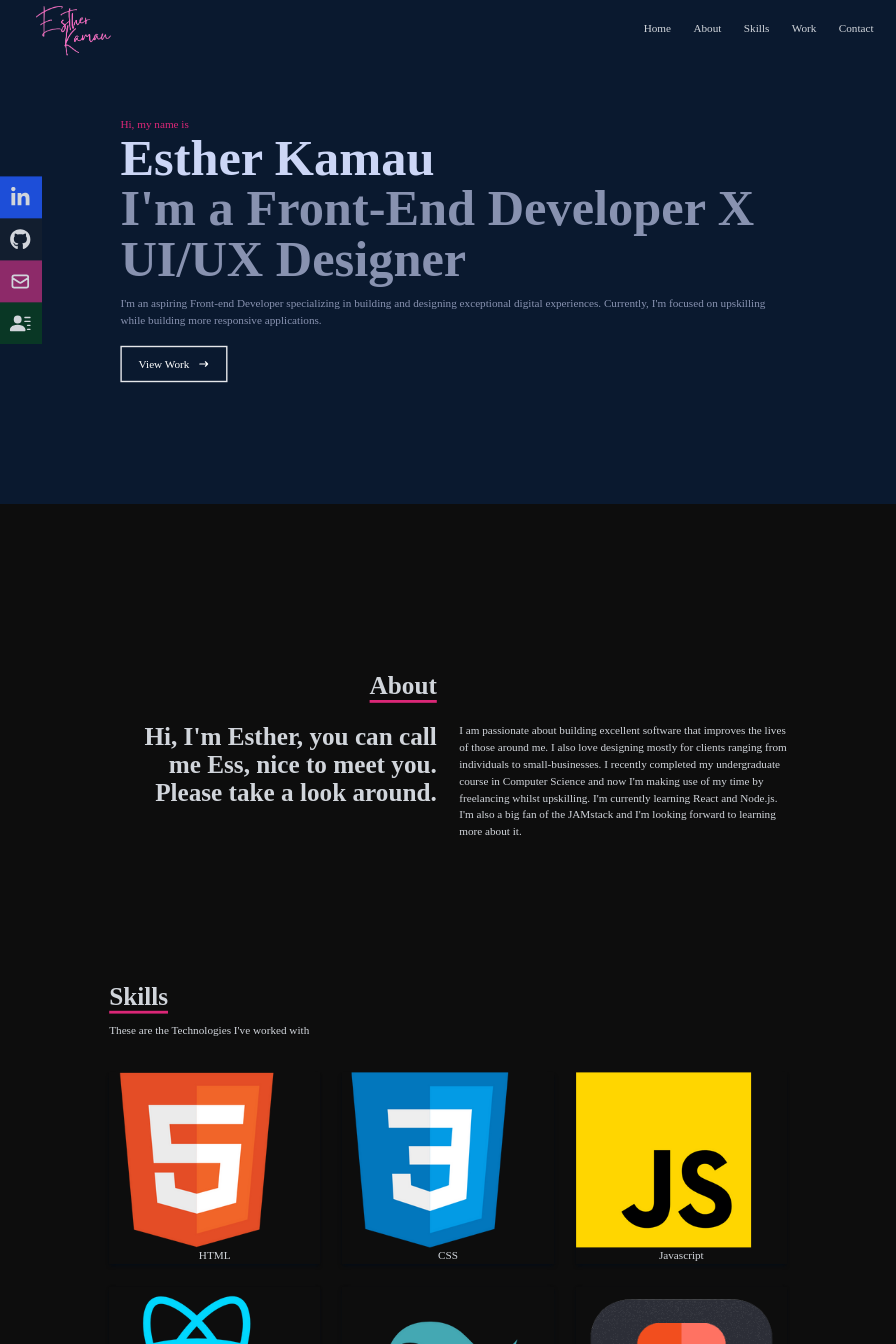
Repository: Esther-Kamau/Z-to-M
Page: /
These files come from the project's save history. The page is drawn as it stood at one moment and after the next save; the edit follows.
The browser window is 1280 px wide. The pictures show the part of the page from y = 0 to 1920 px (the page is 3610 px tall), at 70% of full size.
The project was rebuilt for these pictures with package versions that can differ from the ones it lists, and the page was loaded fresh each time.

Above is the page before, as saved 2023-03-09 16:06:00.

### public/index.html
<!DOCTYPE html>
<html lang="en">
  <head>
    <meta charset="utf-8" />
    <link rel="icon" href="./ESSLOGO.png" />
    <meta name="viewport" content="width=device-width, initial-scale=1" />
    <meta name="theme-color" content="#000000" />
    <meta
      name="description"
      content="Ess Kamau"
    />
    <link rel="apple-touch-icon" href="./ESSLOGO.png" />


    <link rel="manifest" href="./ESSLOGO.png" />

    <title>Esther Kamau</title>
  </head>
  <body>
    <!-- <noscript>You need to enable JavaScript to run this app.</noscript> -->
    <div id="root"></div>
   </body>
</html>

### src/index.css

@tailwind base;
@tailwind components;
@tailwind utilities;

@import url('https://fonts.googleapis.com/css2?family=Raleway:wght@300;400;500;600;700;800;900&display=swap');

@layer base {
    body {
        @apply font-[Raleway];
    }
    li {
        @apply px-4;
        @apply cursor-pointer
    }
}
.content-div{
    background-repeat: no-repeat;
    background-size: cover;
    background-position: center;
    height: 250px;
}

.content-div:hover{
    background-image: linear-gradient(
        to right, rgba(112, 157, 255, 0.8),
        hsla(242, 74%, 61%, 0.8)
    )!important;
}

### src/App.js
import Navbar from "./components/Navbar";
import Hero from "./components/Hero"
import About from "./components/About"
import Skills from "./components/Skills"
import Work from "./components/Work";
import Contact from "./components/Contact";

function App() {
  return (
    <div className="App">
  <Navbar/>
  <Hero/>
  <About />
  <Skills />
  <Work />
  <Contact />
    </div>
  );
}

export default App;

### src/components/Navbar.jsx
import React, {useState} from 'react';
import {FaBars, FaTimes,FaGithub,FaLinkedin, FaFacebook, FaLinkedinIn} from 'react-icons/fa'
import {HiOutlineMail} from 'react-icons/hi'
import {BsFillPersonLinesFill} from 'react-icons/bs'
import Logo from '../assests/logo.png'
import {Link} from 'react-scroll'

const Navbar = () => {
    const [nav, SetNav] = useState(false)
    const handleClick = () => SetNav(!nav)
  return (
    <div className='fixed w-full h-[80px] flex justify-between items-center px-4 bg-[#0a192f] text-gray-300'>
<div>
    <img src={Logo} alt='logo image' style={{width: '180px'}} />
</div>

{/*Menus*/}

    <ul className='hidden md:flex'>
        <li> <Link  to="hero" smooth={true}  duration={500} >
          Home
        </Link></li>
        <li> <Link  to="about" smooth={true}  duration={500} >
          About
        </Link></li>
        <li> <Link  to="skills" smooth={true}  duration={500} >
          Skills
        </Link></li>
        <li> <Link  to="work" smooth={true}  duration={500} >
          Work
        </Link></li>
        <li> <Link  to="contact" smooth={true}  duration={500} >
          Contact
        </Link></li>
</ul>

{/*Hamburger*/}
<div onClick={handleClick} className='md:hidden z-10'>
 { !nav ? <FaBars className='text-3xl' /> : <FaTimes className='text-3xl' />}
</div>

{/*Mobile Menus*/}
<ul className={!nav ? 'hidden' : 'absolute top-0 left-0 w-full h-screen bg-[#0a192f] flex flex-col justify-center items-center'}>
        <li  className='py-6 text-4xl'> <li> <Link onClick={handleClick} to="hero" smooth={true}  duration={500} >
          Home
        </Link></li></li>
        <li className='py-6 text-4xl'> <li> <Link onClick={handleClick}  to="about" smooth={true}  duration={500} >
          About
        </Link></li></li>
        <li className='py-6 text-4xl'><li> <Link onClick={handleClick} to="skills" smooth={true}  duration={500} >
          Skills
        </Link></li></li>
        <li className='py-6 text-4xl'><li> <Link onClick={handleClick} to="work" smooth={true}  duration={500} >
          Work
        </Link></li></li>
        <li className='py-6 text-4xl'> <li> <Link onClick={handleClick} to="contact" smooth={true}  duration={500} >
          Contact
        </Link></li></li>
</ul>
{/*Social Links*/}
<div className='hidden lg:flex fixed flex-col top-[35%] left-0'>
<ul>
    <li className='w-[160px] h-[60px] flex justify-between items-center ml-[-100px] hover:ml-[-10px] duration-300 bg-blue-700 '>
        <a className='flex justify-between items-center w-full text-gray-300' href='/'>
            LinkedIn <FaLinkedinIn size={30}/>
            </a>
    </li>
    <li className='w-[160px] h-[60px] flex justify-between items-center ml-[-100px] hover:ml-[-10px] duration-300 bg-[#3333] '>
        <a className='flex justify-between items-center w-full text-gray-300' href='/'>
          Github <FaGithub size={30}/>
            </a>
    </li>
    <li className='w-[160px] h-[60px] flex justify-between items-center ml-[-100px] hover:ml-[-10px] duration-300 bg-[#8d2a69] '>
        <a className='flex justify-between items-center w-full text-gray-300' href='/'>
           Email <HiOutlineMail size={30}/>
            </a>
    </li>
    <li className='w-[160px] h-[60px] flex justify-between items-center ml-[-100px] hover:ml-[-10px] duration-300 bg-[rgba(6,175,3,0.2)] '>
        <a className='flex justify-between items-center w-full text-gray-300' href='/'>
           Resume <BsFillPersonLinesFill size={30}/>
            </a>
    </li>
</ul>
</div>

</div>

  )
}

export default Navbar

### src/components/Hero.jsx
import React from 'react'
import {HiArrowNarrowRight} from 'react-icons/hi'

const Hero = () => {
  return (
    <div name='hero' className='w-full h-screen bg-[#0a192f]'>

        {/*Container*/}
        <div className='max-w-[1000px] mx-auto px-8 flex flex-col justify-center h-full'>
            <p className='text-pink-600'>Hi, my name is </p>
            <h1 className='text-4xl sm:text-7xl font-bold text-[#ccd6f6]'>Esther Kamau</h1>
            <h2 className='text-5xl sm:text-7xl font-bold text-[#8892b0]'>I'm a Front-End Developer X UI/UX Designer</h2>
            <p className='text-[#8892b0] py-4 max-w[700px]'>I'm an aspiring Front-end Developer specializing in building and designing exceptional
                digital experiences. Currently, I'm focused on upskilling while building more responsive applications.
            </p>
            <div>
                <button className='text-white group border-2 px-6 py-3 my-2 flex items-center hover:bg-pink-600 hover:border-pink-600'>View Work
                <span className = 'group-hover:rotate-90 duration-300'>
                <HiArrowNarrowRight className='ml-3'/>
                </span>
                </button>
            </div>
        </div>
    </div>
  )
}

export default Hero

### src/components/About.jsx
import React from 'react'

const About = () => {
  return (

    <div name='about' className='w-full h-screen bg-[#0D0D0D] text-gray-300'>
    <div className='flex flex-col justify-center items-center w-full h-full'>
      <div className='max-w-[1000px] w-full grid grid-cols-2 gap-8'>
        <div className='sm:text-right pb-8 pl-4'>
          <p className='text-4xl font-bold inline border-b-4 border-pink-600'>
            About
          </p>
        </div>
        <div></div>
        </div>
        <div className='max-w-[1000px] w-full grid sm:grid-cols-2 gap-8 px-4'>
          <div className='sm:text-right text-4xl font-bold'>
            <p>Hi, I'm Esther, you can call me Ess, nice to meet you. Please take a look around.</p>
          </div>
          <div>
            <p>I am passionate about building excellent software that improves the lives of those around me.
             I also love designing mostly for clients ranging from individuals to small-businesses.
             I recently completed my undergraduate course in Computer Science and now I'm making use of my time by freelancing
            whilst upskilling. I'm currently learning React and Node.js. I'm also a big fan of the JAMstack and I'm looking forward to
            learning more about it.</p>
          </div>
        </div>
    </div>
  </div>


  )
}

export default About

### src/components/Skills.jsx
import React from 'react';

import HTML from '../assests/html.png';
import CSS from '../assests/css.png';
import Javascript from '../assests/javascript.png';
import Tailwind from '../assests/tailwind.png';
import Figma from '../assests/figma.png';
// import SQL from '../assests/sql.png';
import REACT from '../assests/react.png';




const Skills = () => {
  return (
    <div name='skills' className='w-full h-screen bg-[#0D0D0D]  text-gray-300'>
       {/*Container*/}
       <div className='max-w-[1000px] mx-auto p-4 flex flex-col justify-center w-full h-full'>
        <div>
            <p className='text-4xl font-bold inline border-b-4 border-pink-600'>Skills</p>
            <p className='py-4'>These are the Technologies I've worked with</p>
        </div>
        <div className='w-full grid grid-cols-2 sm:grid-cols-3 gap-8 text-center py-8'>
        <div className='shadow-md shadow-[#040c16] hover:scale-110 duration:500'>
            <img src={HTML} alt="HTML icon" />
            <p>HTML</p>
        </div>
        <div className='shadow-md shadow-[#040c16] hover:scale-110 duration:500'>
            <img src={CSS} alt="CSS icon" />
            <p>CSS</p>
        </div>
        <div className='shadow-md shadow-[#040c16] hover:scale-110 duration:500'>
            <img src={Javascript} alt="JS icon" />
            <p>Javascript</p>
        </div>
        <div className='shadow-md shadow-[#040c16] hover:scale-110 duration:500'>
            <img src={REACT} alt="React icon" />
            <p>REACT</p>
        </div>
        <div className='shadow-md shadow-[#040c16] hover:scale-110 duration:500'>
            <img src={Tailwind} alt="Tailwind icon" />
            <p>Tailwind</p>
        </div>
        <div className='shadow-md shadow-[#040c16] hover:scale-110 duration:500'>
            <img src={Figma} alt="Figma icon" />
            <p>Figma</p>
        </div>
        {/* <div className='shadow-md shadow-[#040c16] hover:scale-110 duration:500'>
            <img src={SQL} alt="SQL icon" />
            <p>SQL</p>
        </div> */}

        </div>
        </div>
       </div>



  )
}

export default Skills

### src/components/Work.jsx
import React from "react";
import WorkImg from "../assests/projects/workImg.jpeg";
import realestate from "../assests/projects/realestit.jpg";

const Work = () => {
  return (
    <div name="work" className="w-full md:h-screen text-gray-300 bg-[#0D0D0D]">
      <div className="max-w-[1000px] mx-auto p-4 flex flex-col justify-center w-full h-full">
        <div className="pb-8">
          <p className="text-4xl font-bold inline border-b-4 border-pink-600">
            Work
          </p>
          <p className="py-8">These are some of my projects</p>
        </div>
        {/*Container for the work done*/}
        <div className="grid sm:grid-cols-2 md:grid-cols-3 gap-4">
          {/*grid card item*/}
          {/* passing through our image dynamically */}
          <div
            style={{ backgroundImage: `url(${WorkImg})` }}
            className="shadow-lg shadow-[040c16] group container rounded-md flex justify-center items-center mx-auto content-div"
          >
            {/*Hover Effects*/}
            <div className="opacity-0 group-hover:opacity-100">
              <span className="text-2xl font-bold text-white tracking-wider">
                Php Application
              </span>
              <div className="py-8 text-center">
                <a href="https://nyamburaproject.top/index.php">
                  <button className="text-center rounded-lg px-4 py-3 m-2 bg-purple-300 hover:bg-white font-bold text-lg">
                    Demo
                  </button>
                </a>
                <a href="https://github.com/Esther-Kamau/realest-it.git">
                  <button className="text-center rounded-lg px-4 py-3 m-2 bg-purple-300 hover:bg-white font-bold text-lg">
                    Code
                  </button>
                </a>
              </div>
            </div>
          </div>
          {/*grid item*/}

          {/*grid card item*/}
          {/* passing through our image dynamically */}
          <div
            style={{ backgroundImage: `url(${realestate})` }}
            className="shadow-lg shadow-[040c16] group container rounded-md flex justify-center items-center mx-auto content-div"
          >
            {/*Hover Effects*/}
            <div className="opacity-0 group-hover:opacity-100">
              <span className="text-2xl font-bold text-white tracking-wider">
                PHP x Bootstrap Application
              </span>
              <div className="py-8 text-center">
                <a href="/">
                  <button className="text-center rounded-lg px-4 py-3 m-2 bg-purple-300  hover:bg-white font-bold text-lg">
                    Demo
                  </button>
                </a>
                <a href="/">
                  <button className="text-center rounded-lg px-4 py-3 m-2 bg-purple-300  hover:bg-white font-bold text-lg">
                    Code
                  </button>
                </a>
              </div>
            </div>
          </div>
          {/*grid item*/}
          {/*grid card item*/}
          {/* passing through our image dynamically */}
          {/* <div style={{backgroundImage: `url(${WorkImg})`}} className='shadow-lg shadow-[040c16] group container rounded-md flex justify-center items-center mx-auto content-div'>

            <div className='opacity-0 group-hover:opacity-100'>
                       <span className='text-2xl font-bold text-white tracking-wider'>
                      React-JS Application
                       </span>
                        <div className='py-8 text-center' >
                            <a href="/">
                               <button className='text-center rounded-lg px-4 py-3 m-2 bg-purple-300 hover:bg-white font-bold text-lg'>Demo</button>
                            </a>
                            <a href="/">
                               <button className='text-center rounded-lg px-4 py-3 m-2 bg-purple-300  hover:bg-white font-bold text-lg'>Code</button>
                            </a>
                        </div>

                 </div>
        </div> */}
          {/*grid item*/}

          {/*grid card item*/}
          {/* passing through our image dynamically */}
          {/* <div style={{backgroundImage: `url(${realestate})`}} className='shadow-lg shadow-[040c16] group container rounded-md flex justify-center items-center mx-auto content-div'> */}
          {/*Hover Effects*/}
          {/* <div className='opacity-0 group-hover:opacity-100'>
                       <span className='text-2xl font-bold text-white tracking-wider'>
                      PHP x Bootstrap Application
                       </span>
                        <div className='py-8 text-center' >
                            <a href="/">
                               <button className='text-center rounded-lg px-4 py-3 m-2 bg-purple-300  hover:bg-white font-bold text-lg'>Demo</button>
                            </a>
                            <a href="/">
                               <button className='text-center rounded-lg px-4 py-3 m-2 bg-purple-300  hover:bg-white font-bold text-lg'>Code</button>
                            </a>
                        </div>

                 </div>
        </div> */}
          {/*grid item*/}

          {/*grid card item*/}
          {/* passing through our image dynamically */}
          {/* <div style={{backgroundImage: `url(${WorkImg})`}} className='shadow-lg shadow-[040c16] group container rounded-md flex justify-center items-center mx-auto content-div'> */}
          {/*Hover Effects*/}
          {/* <div className='opacity-0 group-hover:opacity-100'>
                       <span className='text-2xl font-bold text-white tracking-wider'>
                      React-JS Application
                       </span>
                        <div className='py-8 text-center' >
                            <a href="/">
                               <button className='text-center rounded-lg px-4 py-3 m-2 bg-purple-300 hover:bg-white font-bold text-lg'>Demo</button>
                            </a>
                            <a href="/">
                               <button className='text-center rounded-lg px-4 py-3 m-2 bg-purple-300  hover:bg-white font-bold text-lg'>Code</button>
                            </a>
                        </div>

                 </div>
        </div> */}
          {/*grid item*/}

          {/*grid card item*/}
          {/* passing through our image dynamically */}
          <div
            style={{ backgroundImage: `url(${realestate})` }}
            className="shadow-lg shadow-[040c16] group container rounded-md flex justify-center items-center mx-auto content-div"
          >
            {/*Hover Effects*/}
            <div className="opacity-0 group-hover:opacity-100">
              <span className="text-2xl font-bold text-white tracking-wider">
                PHP x Bootstrap Application
              </span>
              <div className="py-8 text-center">
                <a href="/">
                  <button className="text-center rounded-lg px-4 py-3 m-2 bg-purple-300 hover:bg-white font-bold text-lg">
                    Demo
                  </button>
                </a>
                <a href="/">
                  <button className="text-center rounded-lg px-4 py-3 m-2 bg-purple-300  hover:bg-white font-bold text-lg">
                    Code
                  </button>
                </a>
              </div>
            </div>
          </div>
          {/*grid item*/}
        </div>
      </div>
    </div>
  );
};

export default Work;

### src/components/Contact.jsx
import React from 'react'


const Contact = () => {
  return (
    <div name='contact' className='w-full h-screen bg-[#0a192f] flex justify-center items-center p-4'>
<form method="POST" action="https://getform.io/f/44ef1251-56b2-47ca-a43b-9c3faddf1d63" className='flex flex-col max-w-[600px] w-full'>
    <div className='pb-8'>
        <h1 className='text-4xl font-bold inline border-b-4 border-pink-600 text-gray-400'>Contact</h1>
        <p className='text-gray-300 py-4'>Lets Talk! Shoot me an email at kamauestherofficial@gmail.com</p>
        </div>

        <input className=' my-4 p-4 bg-white rounded-lg' type="text" placeholder='Name' name='name' />
        <input className='my-4 p-4 bg-white rounded-lg' type="text" placeholder='Email' name='email' />
        <textarea className='my-6 p-4 bg-white rounded-lg' name="message" id="" cols="10" rows="10" placeholder='Message'></textarea>

        <button className='text-white border-2 hover:bg-pink-600 px-4 py-3 my-8 mx-auto flex items-center'>Let's Collaborate</button>
</form>
</div>
  )
}

export default Contact

Loaded but not shown: src/index.js (common file); tailwind.config.js (common file)

After the next save:
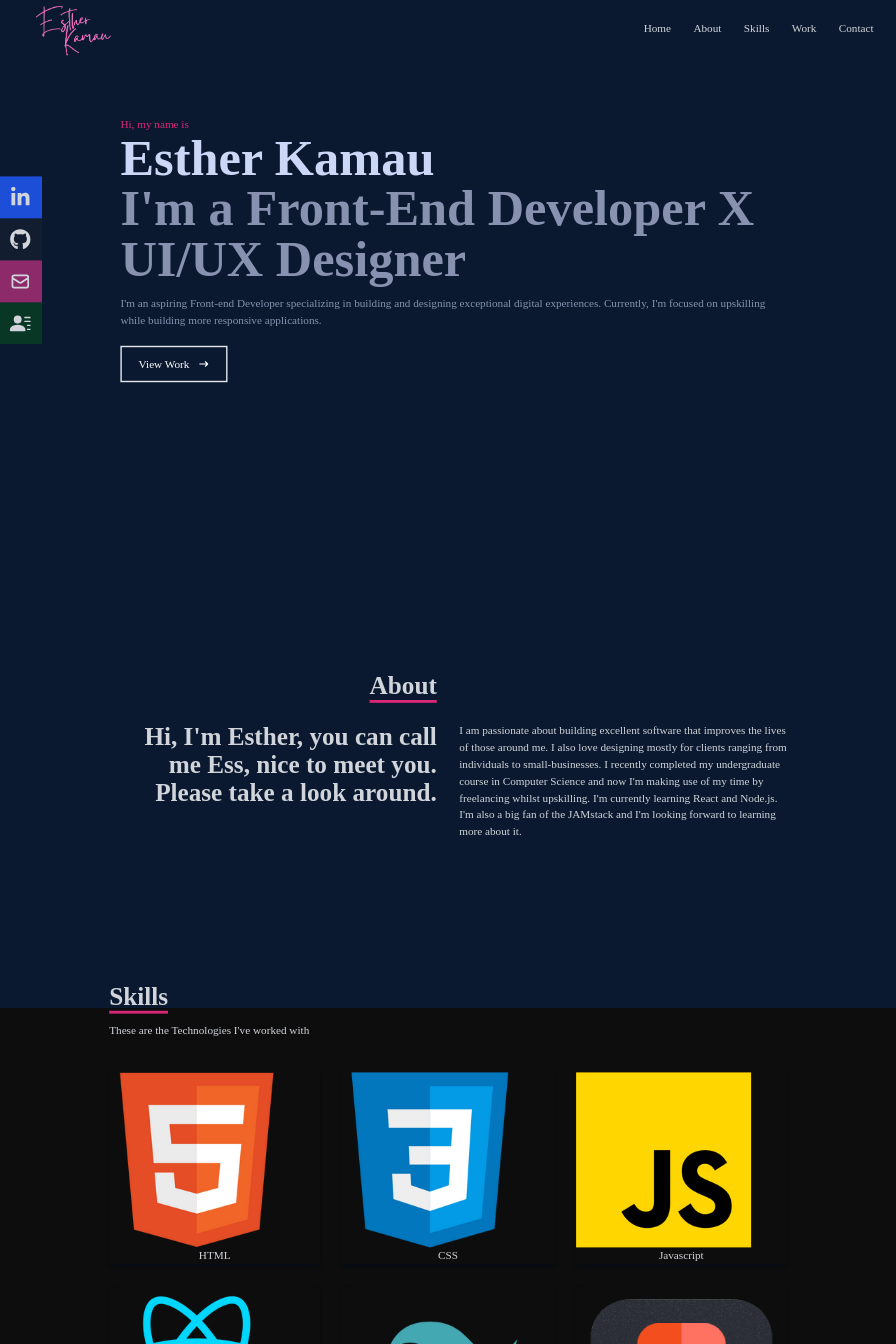
Saved 4 s later.
--- a/src/components/About.jsx
+++ b/src/components/About.jsx
@@ -3,7 +3,7 @@
 const About = () => {
   return (
 
-    <div name='about' className='w-full h-screen bg-[#0D0D0D] text-gray-300'>
+    <div name='about' className='w-full h-screen bg-[#0a192f] text-gray-300'>
     <div className='flex flex-col justify-center items-center w-full h-full'>
       <div className='max-w-[1000px] w-full grid grid-cols-2 gap-8'>
         <div className='sm:text-right pb-8 pl-4'>
